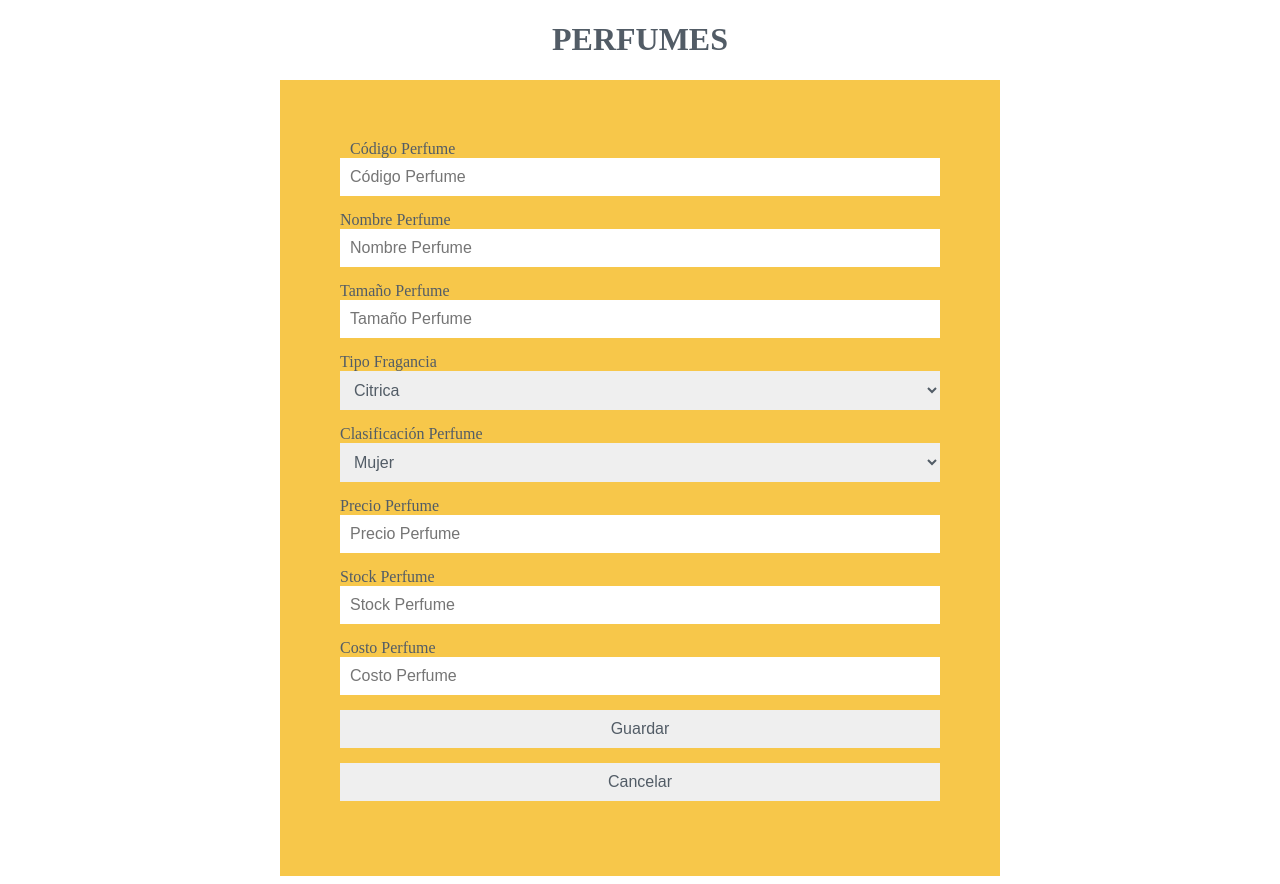
Repository: alejamorenovallejo/arosmile
Page: perfume.html
The author's editor kept a copy of each file at every save. The page is drawn from the files as they stood at one save, then again after the next save.
The browser window is 1280 px wide. The pictures show the whole page.

Above is the page before, as saved 2021-09-12 02:22:47.
Not found: main.js

After the next save:
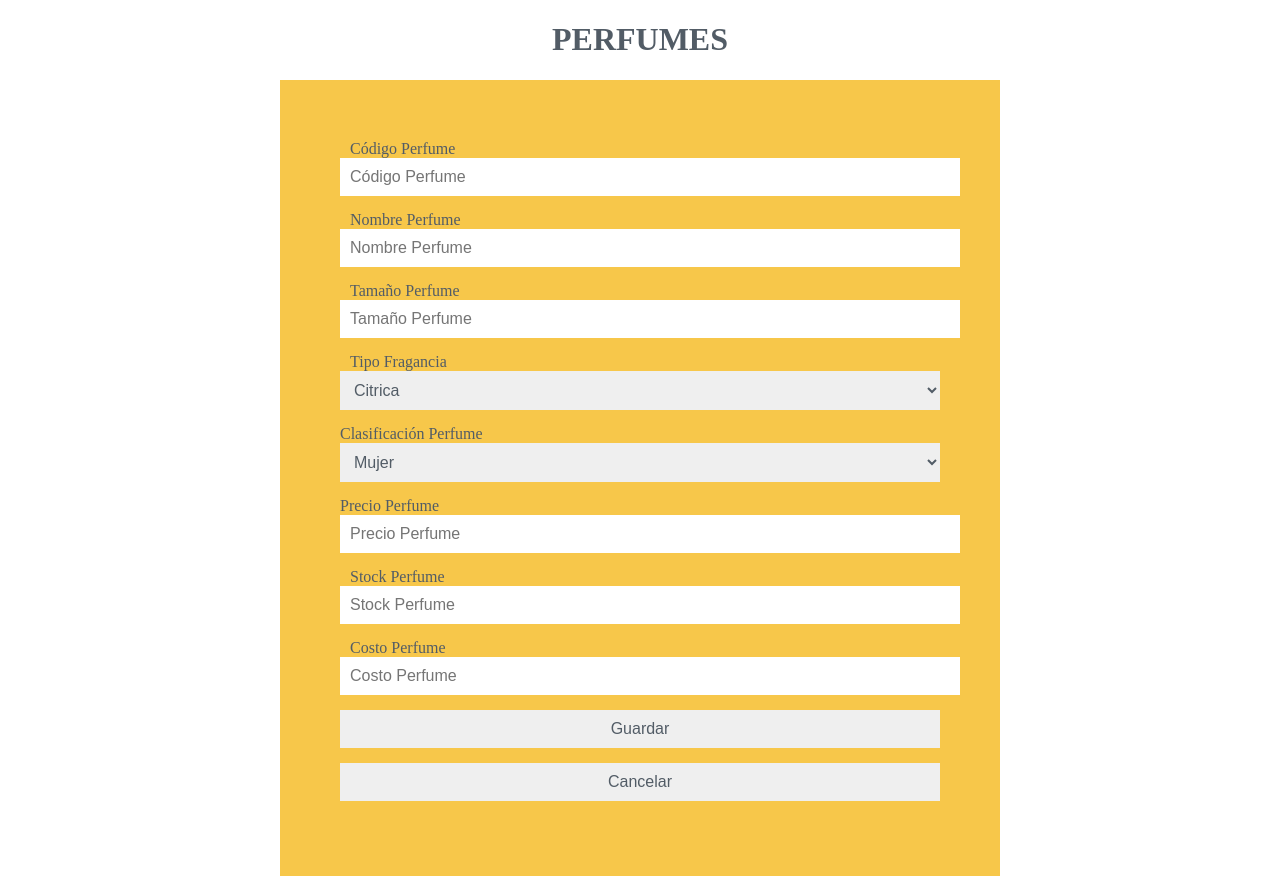
Saved 5 s later.
--- a/css/style.css
+++ b/css/style.css
@@ -8,8 +8,6 @@
     margin-bottom: 15px;
     width: 100%;
     padding: 10px;
-    -webkit-box-sizing: border-box;
-    box-sizing: border-box;
     border: none;
     color: #525c66;
     font-size: 1em;

After the save that followed:
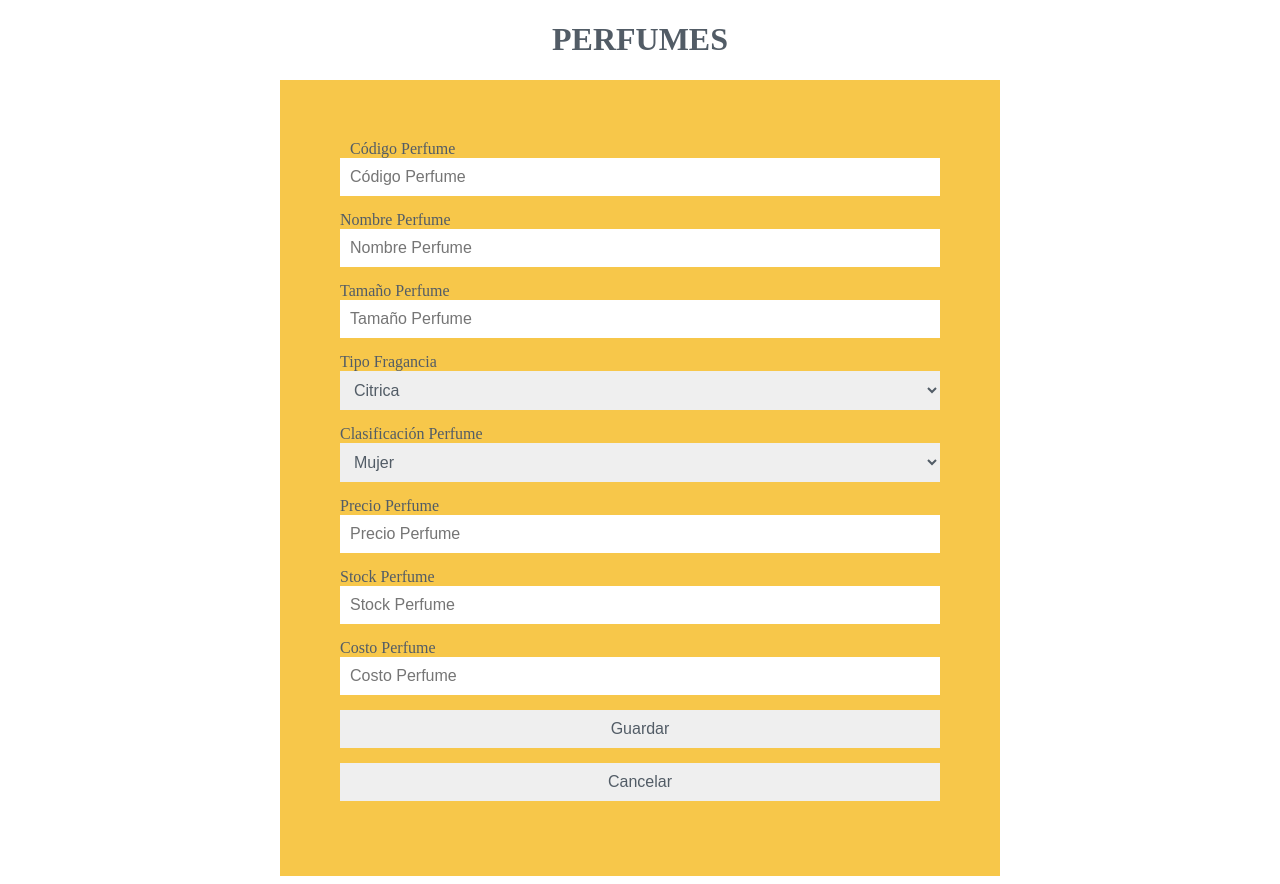
Saved 7 s later.
--- a/css/style.css
+++ b/css/style.css
@@ -8,6 +8,7 @@
     margin-bottom: 15px;
     width: 100%;
     padding: 10px;
+    box-sizing: border-box;
     border: none;
     color: #525c66;
     font-size: 1em;
